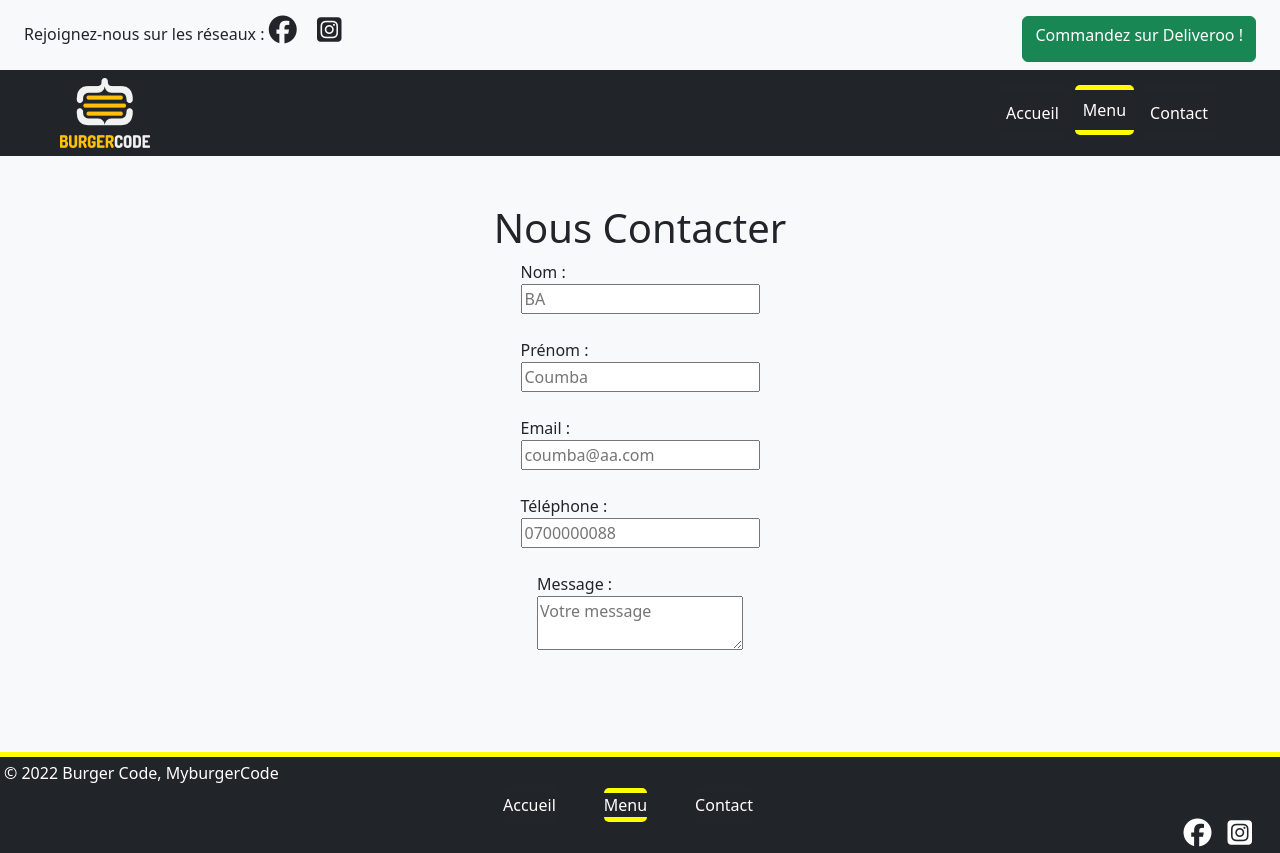
Repository: Coumba25040/coumbaProjet
Page: VraiProjet/contact.html
These files come from the project's save history. The page is drawn as it stood at one moment and after the next save; the edit follows.
The browser window is 1280 px wide. The pictures show the whole page.

Above is the page before, as saved 2025-01-24 14:01:09.

After the next save:
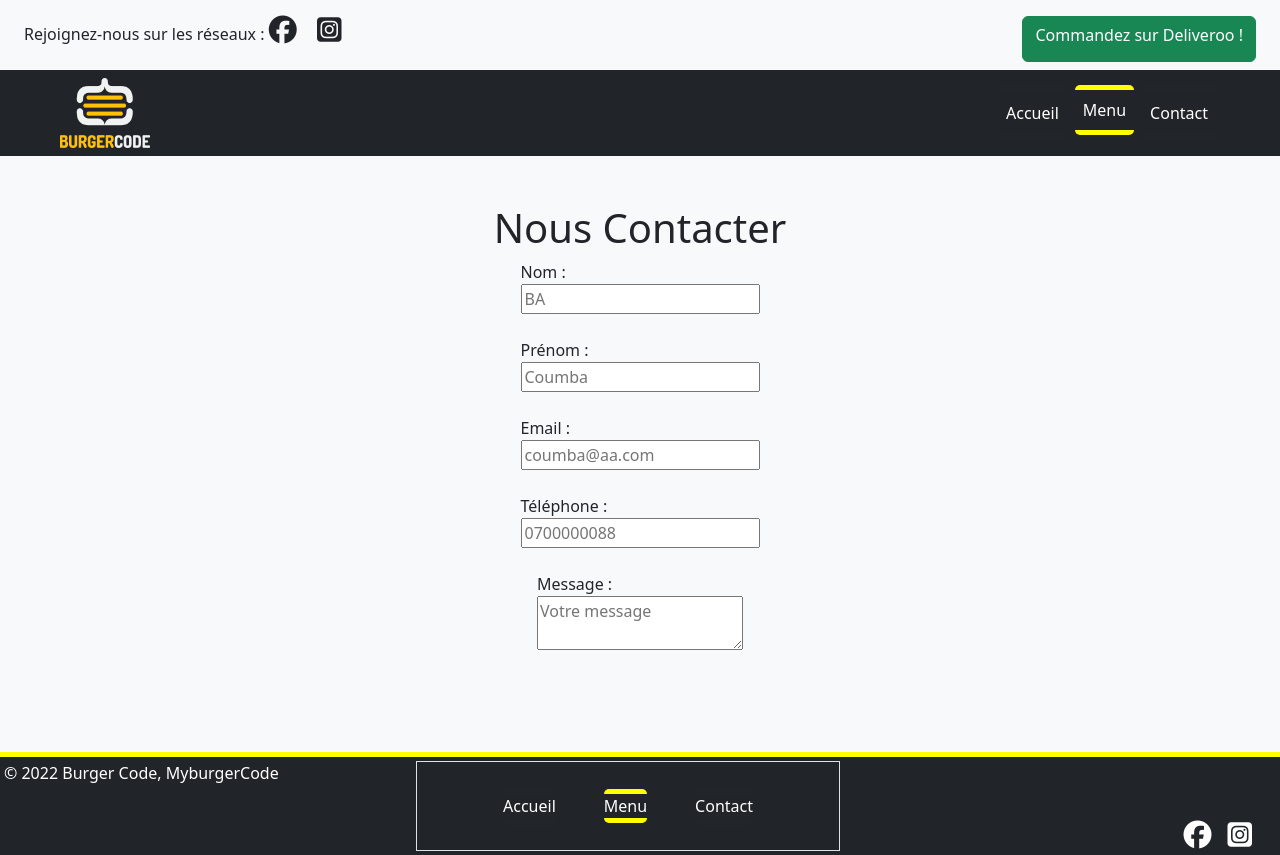
Saved 81 s later.
--- a/VraiProjet/contact.html
+++ b/VraiProjet/contact.html
@@ -163,7 +163,7 @@
 
                 </div>
 
-                <div class="col-md-4 d-flex justify-content-center align-items-center gap-5 p-4">
+                <div class="col-md-4 d-flex justify-content-center align-items-center gap-5 p-4 border">
                 <a class="nav-link active text-white border-hover" aria-current="page" href="./accueil.html">Accueil</a>
                 <a class="nav-link text-white menu" href="./menu.html">Menu</a>
                 <a class="nav-link text-white border-hover" href="./contact.html">Contact</a></div>

After the save that followed:
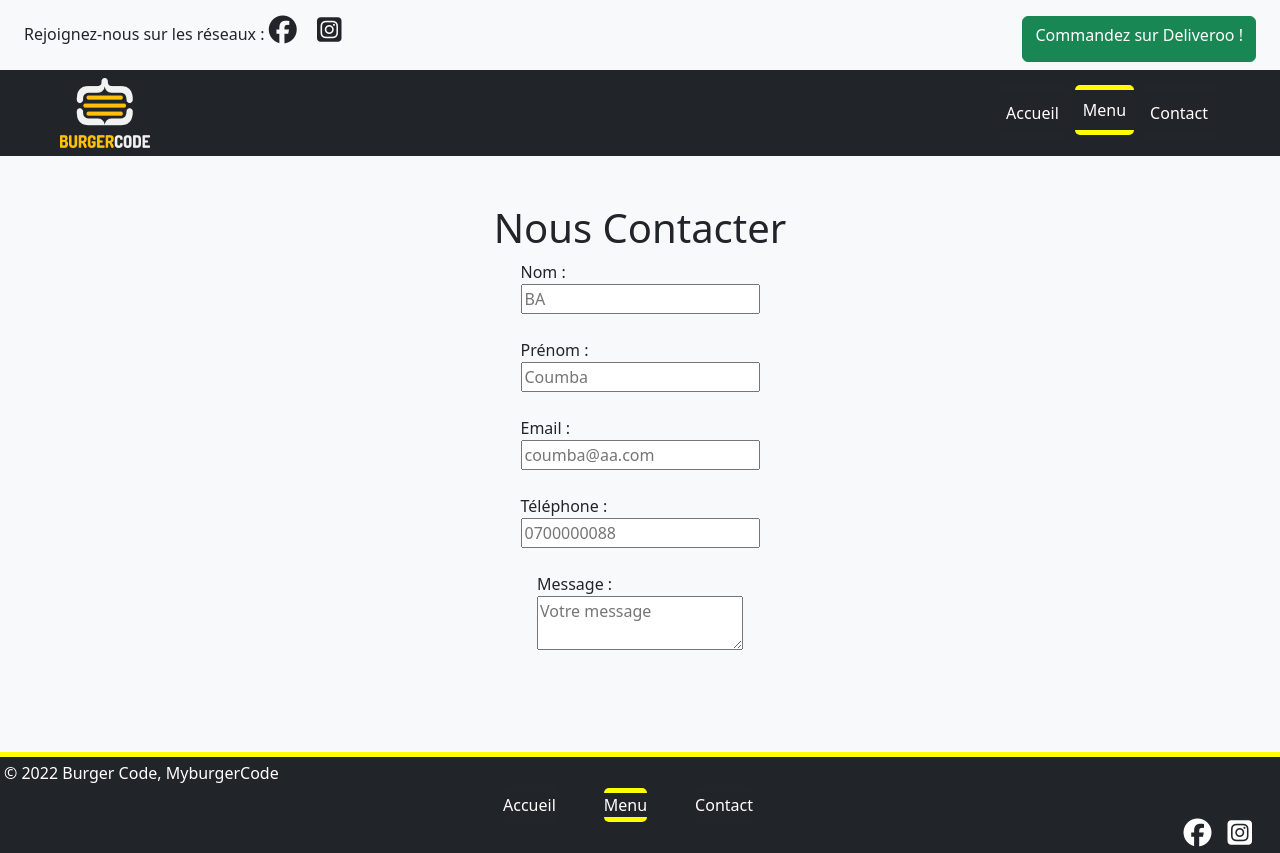
Saved 12 s later.
--- a/VraiProjet/contact.html
+++ b/VraiProjet/contact.html
@@ -163,7 +163,7 @@
 
                 </div>
 
-                <div class="col-md-4 d-flex justify-content-center align-items-center gap-5 p-4 border">
+                <div class="col-md-4 d-flex justify-content-center align-items-center gap-5 p-4 ">
                 <a class="nav-link active text-white border-hover" aria-current="page" href="./accueil.html">Accueil</a>
                 <a class="nav-link text-white menu" href="./menu.html">Menu</a>
                 <a class="nav-link text-white border-hover" href="./contact.html">Contact</a></div>
